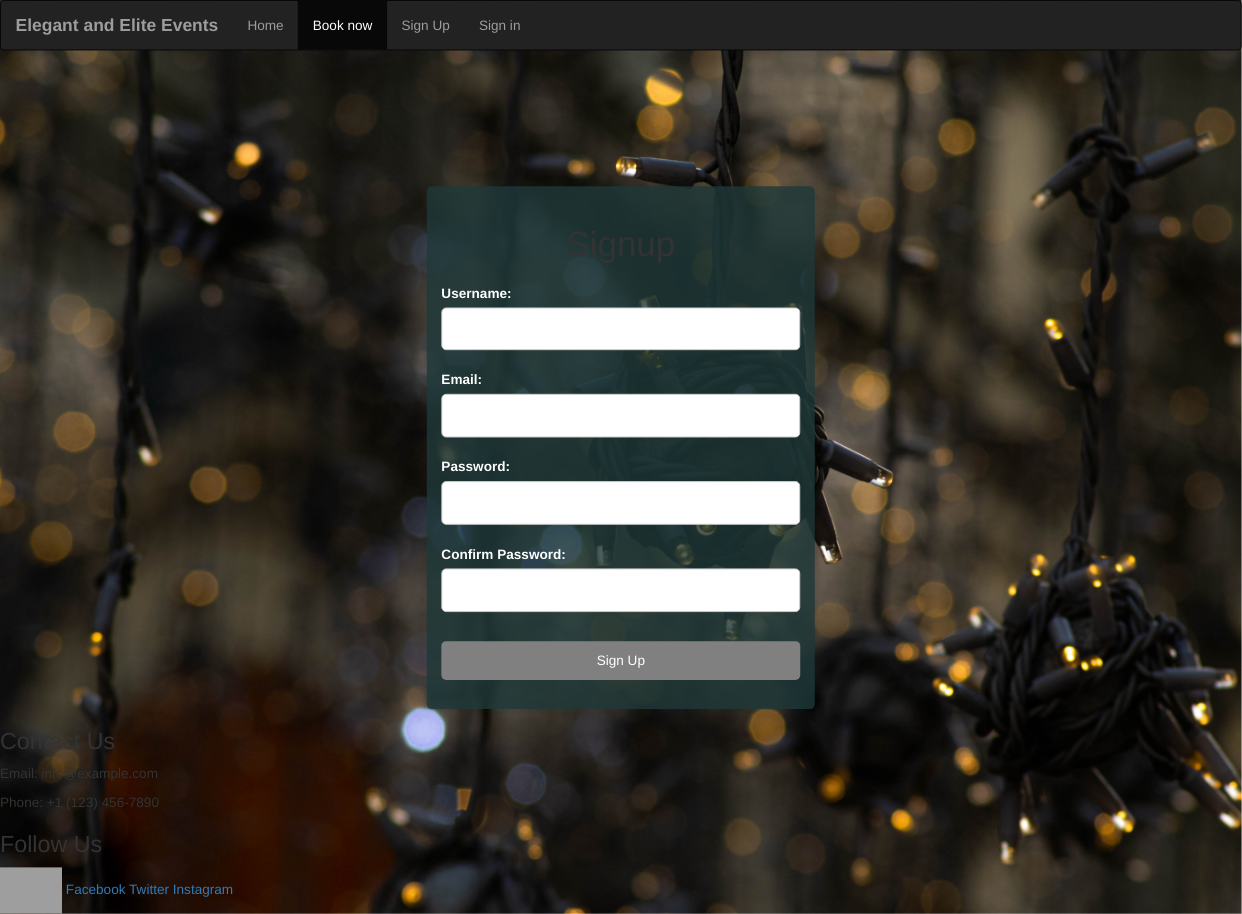
Repository: it22272690/Event-Planning-System
Page: http://localhost/PaymentDemo/Signup.jsp
These files come from the project's save history. The page is drawn as it stood at one moment and after the next save; the edit follows.
The browser window is 1280 px wide. The pictures show the whole page, at 97% of full size.
Pictures or frames that could not be fetched are drawn as grey boxes. The page is served by Tomcat 10.

Above is the page before, as saved 2023-10-23 15:32:12.

After the next save:
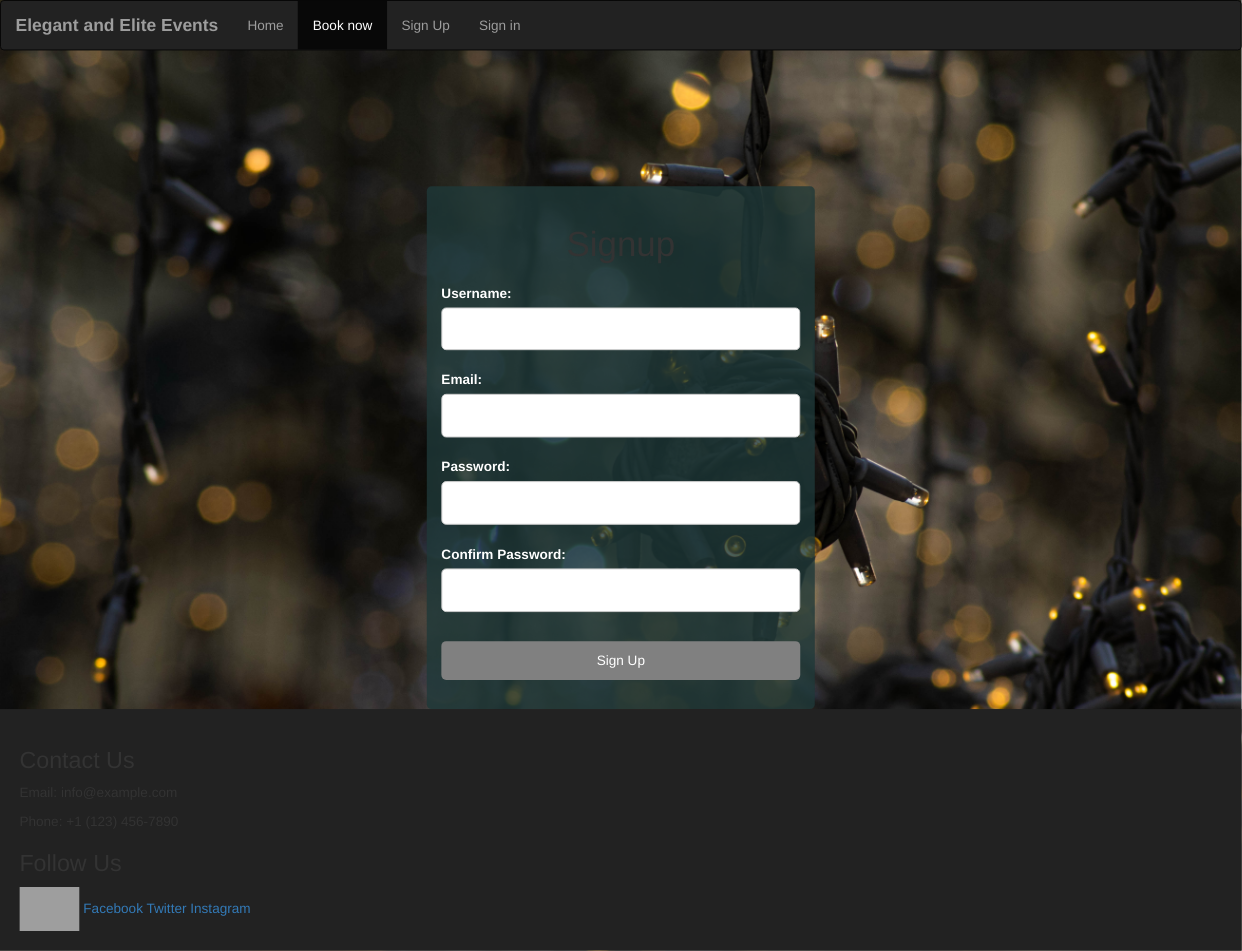
Saved 24 s later.
--- a/PaymentDemo/src/main/webapp/Signup.jsp
+++ b/PaymentDemo/src/main/webapp/Signup.jsp
@@ -49,6 +49,11 @@
             background-image: url("images/signup.jpg");
 
         }
+        footer {
+    background-color: #222; /* Dark background for footer */
+    padding: 20px;
+    text-align: left;
+}
 </style>
     <br><br><br><br><br><br>
     <div class="container">
